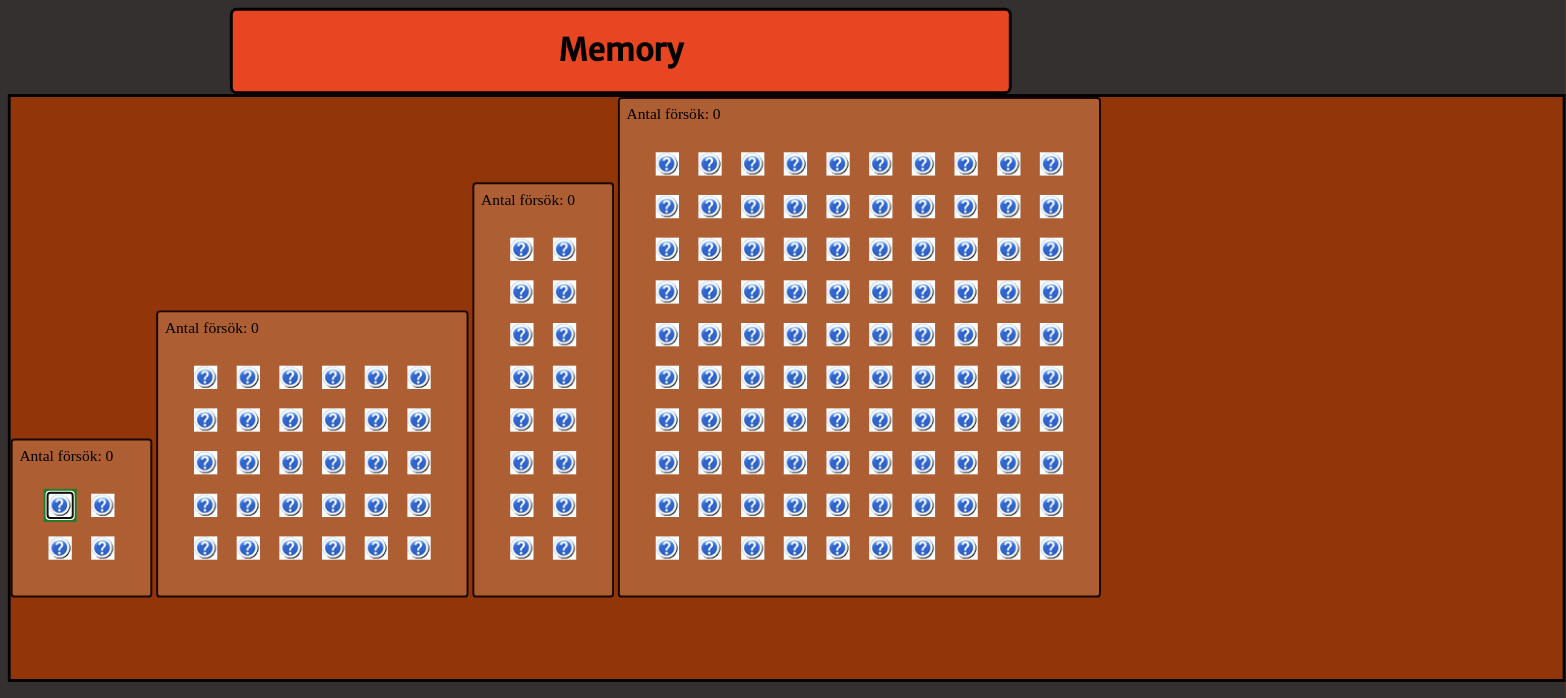
Repository: mi222eh/1dv403-laborationer
Page: 3-gameon/memory/index.html
The author's editor kept a record of every edit. The page is drawn from the files as they stood at one moment, then again after the next edit.
The browser window is 1280 px wide. The page is 1614 px wide, so the pictures cover 1614 px, including what lies to the right of the window. The pictures show the whole page, at 97% of full size.

Above is the page before.

After the next edit:
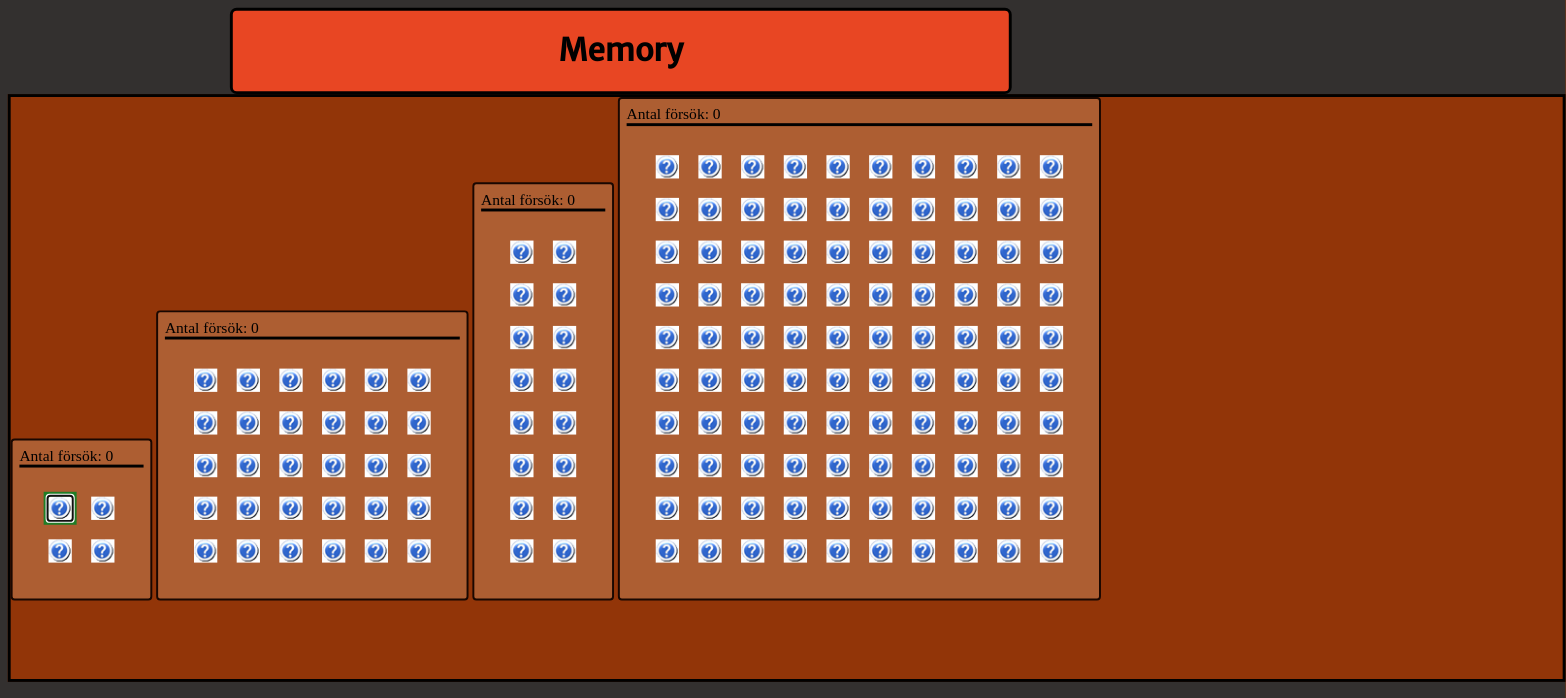
The edit:
--- a/3-gameon/memory/css/basic.css
+++ b/3-gameon/memory/css/basic.css
@@ -75,4 +75,5 @@
 ._win {
     color:#128A02;
     font-size:24px;
+    border-bottom:solid #000000;
 }
